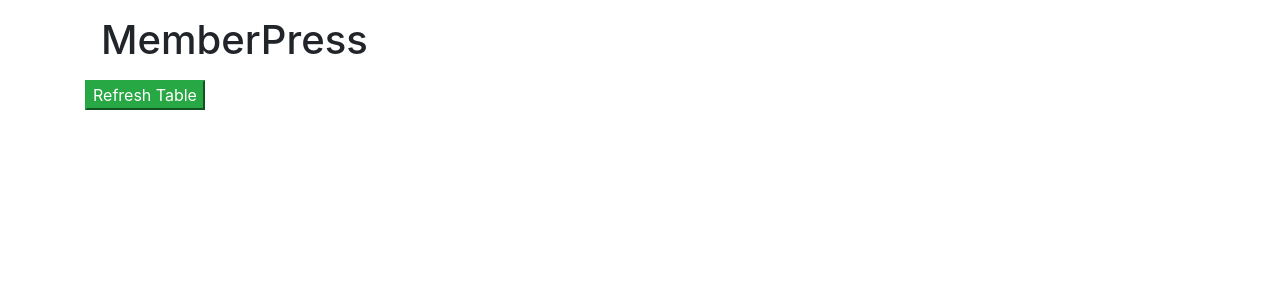
Repository: joeldelatte/JoelDelattemMemberPressChallenge
Page: public/index.html
These files come from the project's save history. The page is drawn as it stood at one moment and after the next save; the edit follows.
The browser window is 1280 px wide. The pictures show the whole page.
The page's requests for data from a server got no answer. Some web libraries are served in a nearby version.

Above is the page before, as saved 2020-06-21 22:23:08.

After the next save:
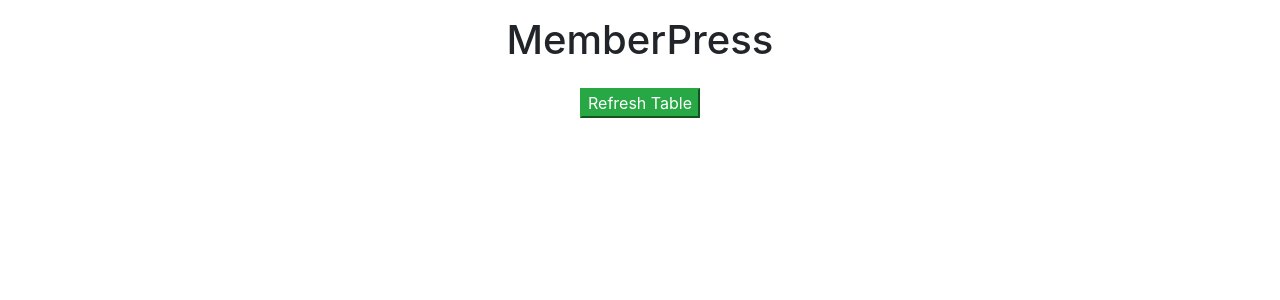
Saved 47 s later.
--- a/public/style.css
+++ b/public/style.css
@@ -1,5 +1,9 @@
+.container {
+    text-align: center;
+}
+
 h1 {
-    margin: 1rem;
+    padding: 1rem;
 }
 
 table {
